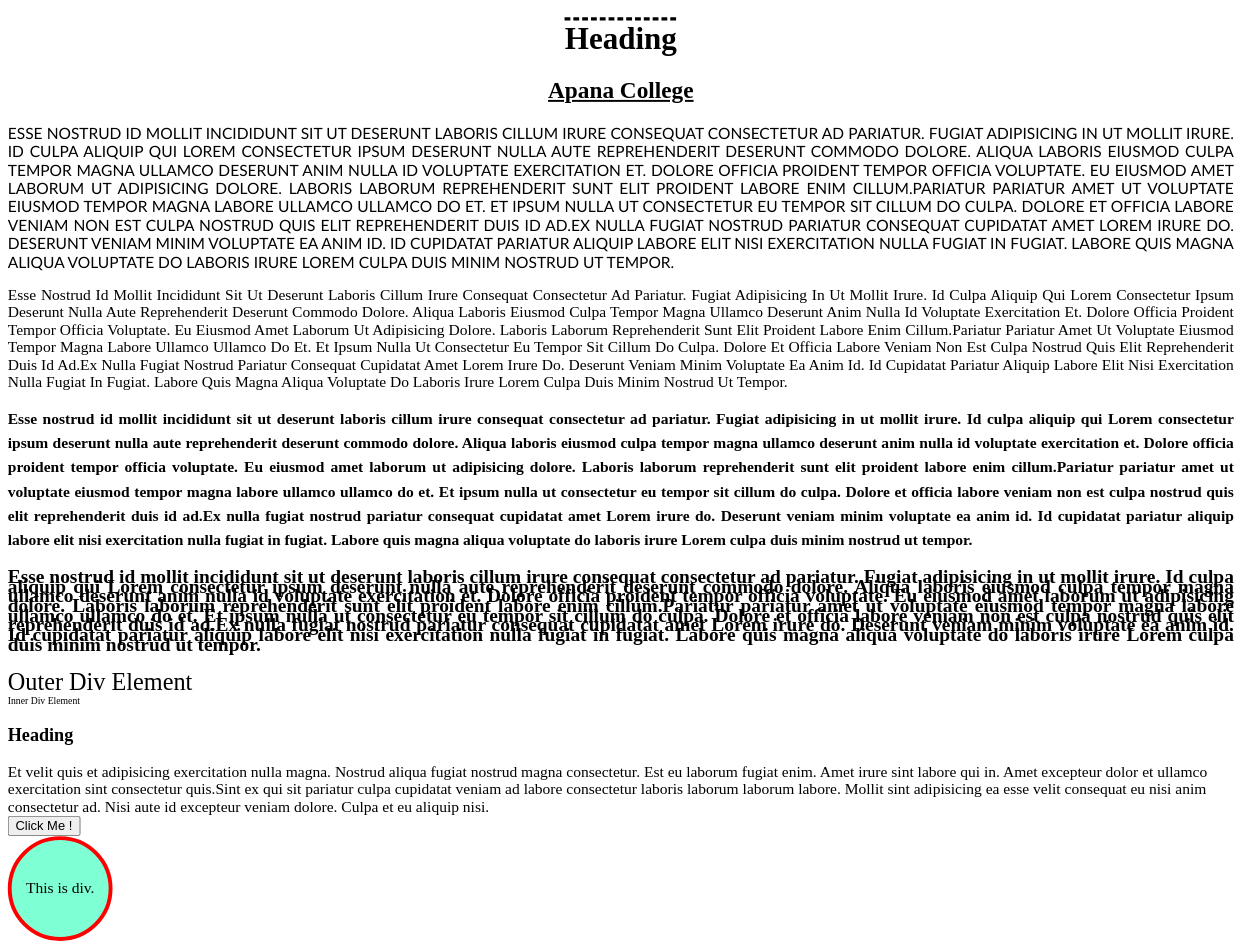
Repository: rakeshkolpepatil/CSS_Apana_College
Page: index.html
These files come from the project's save history. The page is drawn as it stood at one moment and after the next save; the edit follows.
The browser window is 1280 px wide. The pictures show the whole page, at 97% of full size.

Above is the page before, as saved 2023-06-22 15:59:10.

After the next save:
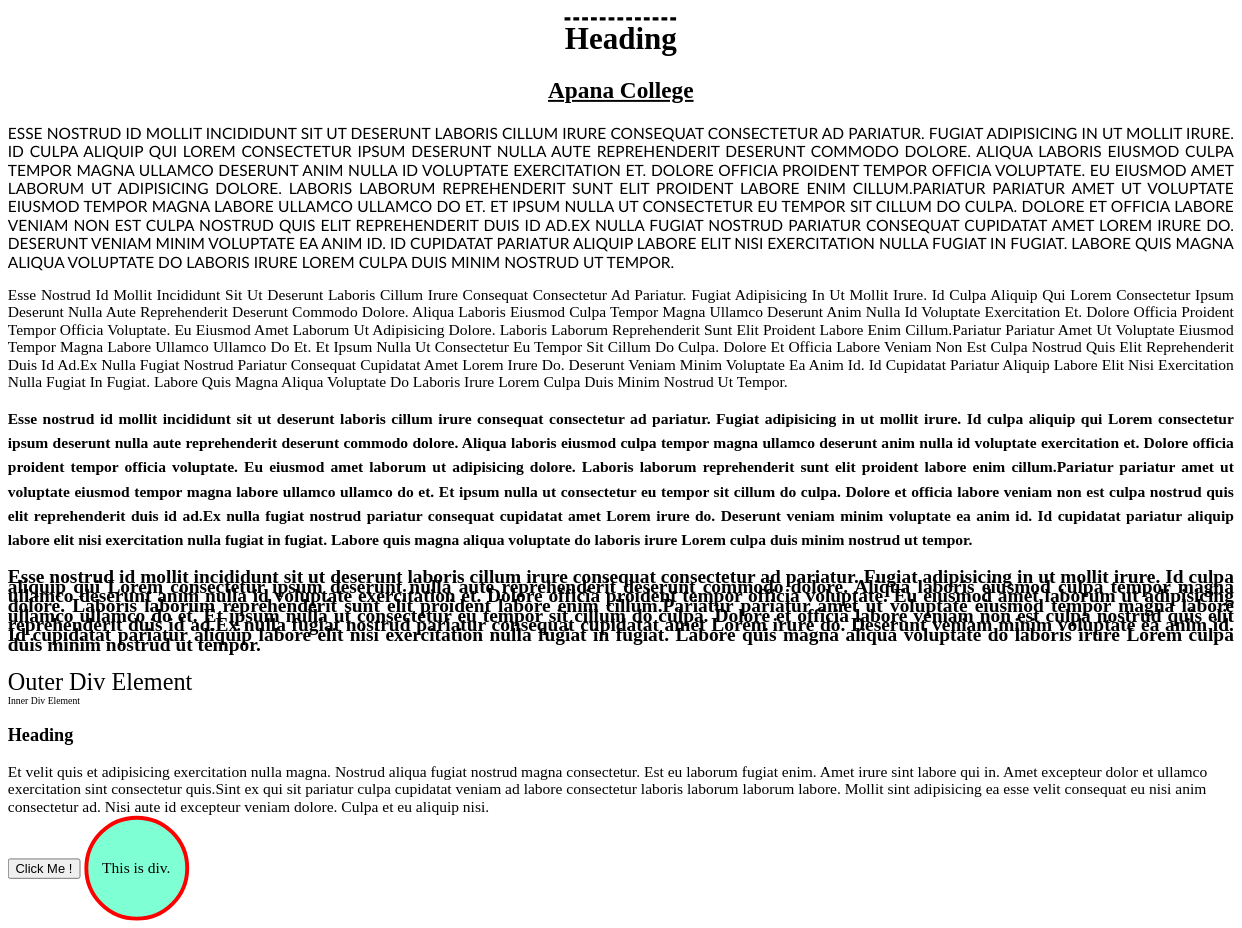
Saved 8 s later.
--- a/styleTwo.css
+++ b/styleTwo.css
@@ -54,7 +54,7 @@
   border-style: dotted; */
 
 
-  display: flex;
+  display: inline-flex;
   text-align: center;
   justify-content: center;
   align-items: center;

After the save that followed:
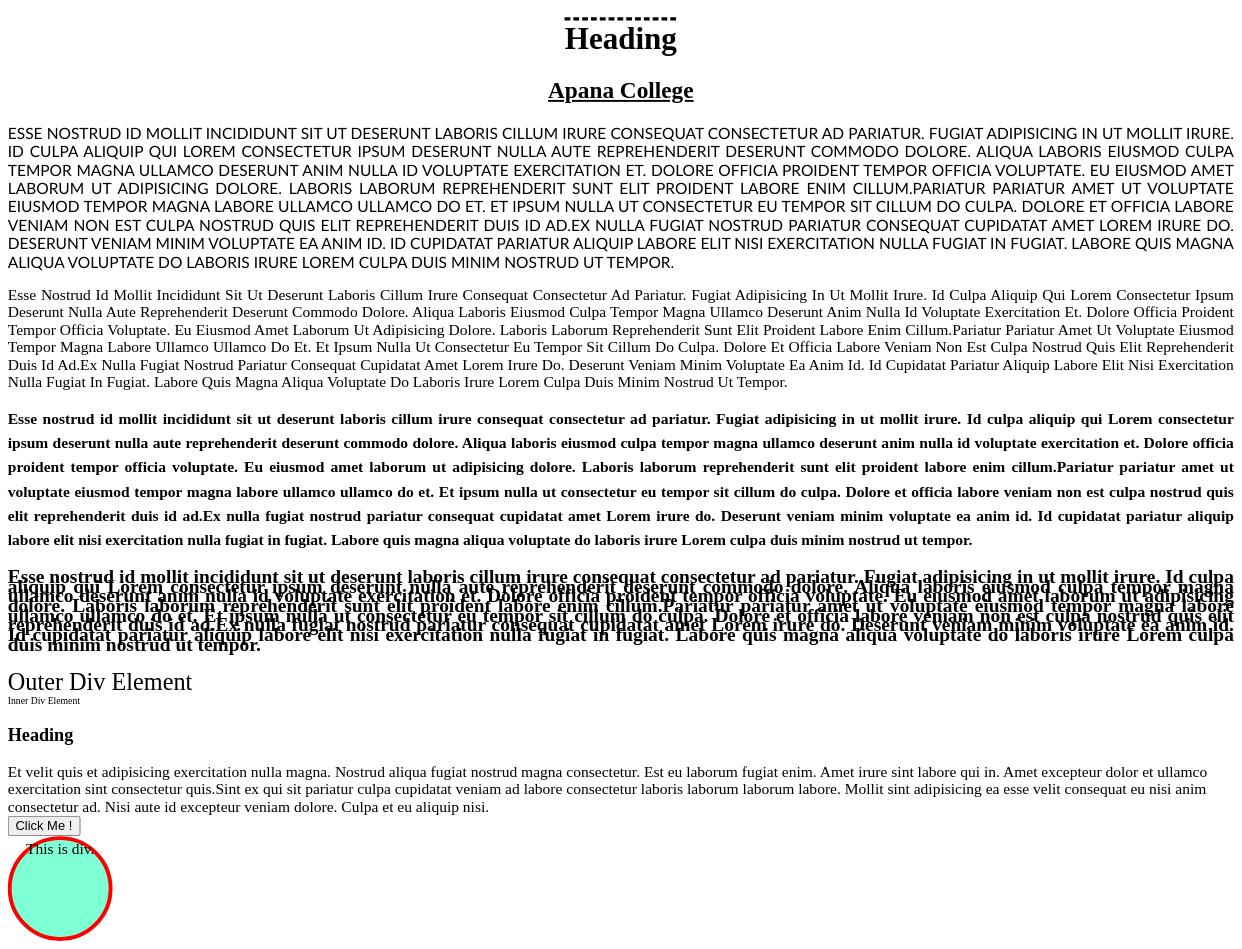
Saved 39 s later.
--- a/styleTwo.css
+++ b/styleTwo.css
@@ -54,7 +54,7 @@
   border-style: dotted; */
 
 
-  display: inline-flex;
+  display:-ms-inline-flexbox;
   text-align: center;
   justify-content: center;
   align-items: center;
